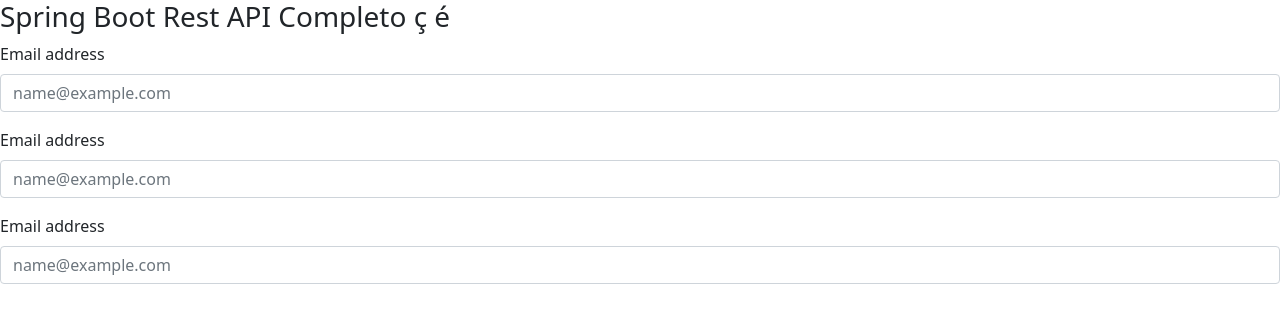
Repository: aldo-pereira22/projeto-srping-boot-1
Page: back-end/springboot-rest-api-sample/src/main/resources/static/index.html
The author's editor kept a copy of each file at every save. The page is drawn from the files as they stood at one save, then again after the next save.
The browser window is 1280 px wide. The pictures show the whole page.

Above is the page before, as saved 2021-06-08 19:48:47.

After the next save:
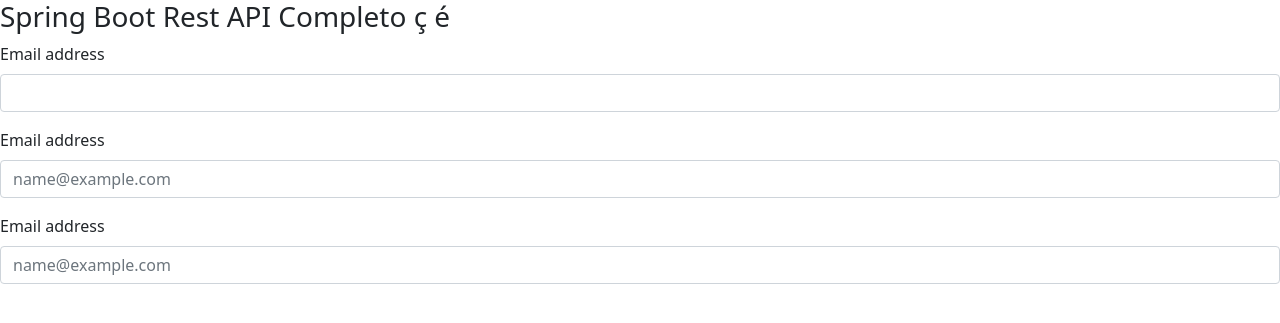
Saved 41 s later.
--- a/back-end/springboot-rest-api-sample/src/main/resources/static/index.html
+++ b/back-end/springboot-rest-api-sample/src/main/resources/static/index.html
@@ -17,7 +17,7 @@
 	<form action="" id="formCadastroUser">
 		<div class="mb-3">
 			<label for="exampleFormControlInput1" class="form-label">Email address</label>
-			<input type="email" class="form-control" id="exampleFormControlInput1" placeholder="name@example.com">
+			<input type="text" class="form-control" id="id" >
 		</div>
 		<div class="mb-3">
 			<label for="exampleFormControlInput1" class="form-label">Email address</label>
